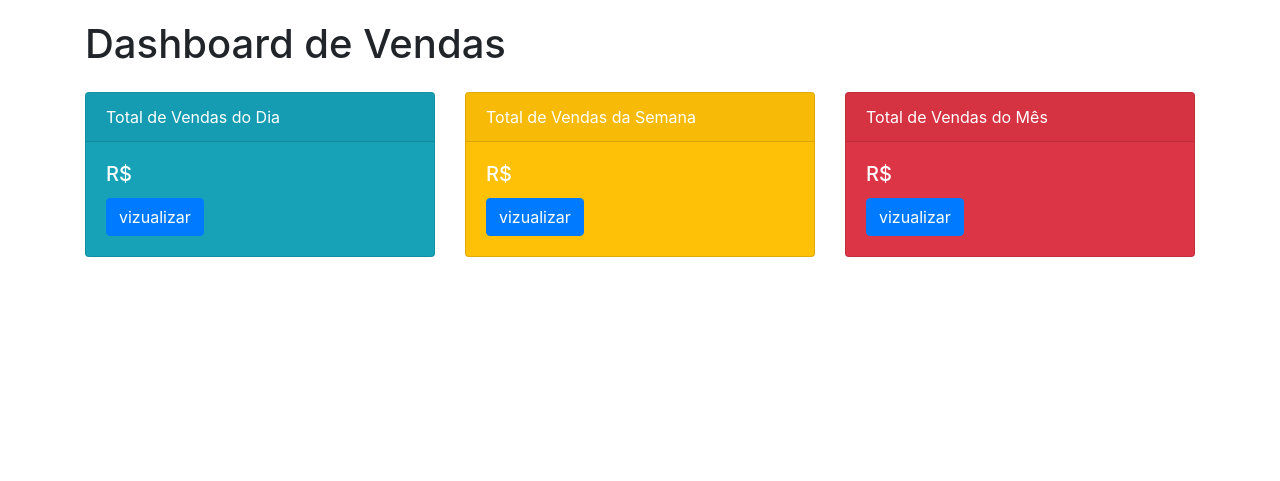
Repository: joaobatistafrontend/vendas_produto
Page: templates/dashboard.html
The author's editor kept a copy of each file at every save. The page is drawn from the files as they stood at one save, then again after the next save.
The browser window is 1280 px wide. The pictures show the whole page.
The template is drawn by Django 5.2. The application's start-up code is not run. The template is opened directly, without the code that normally fills it, so the values that code supplies are empty.

Above is the page before, as saved 2024-08-04 16:03:22.

After the next save:
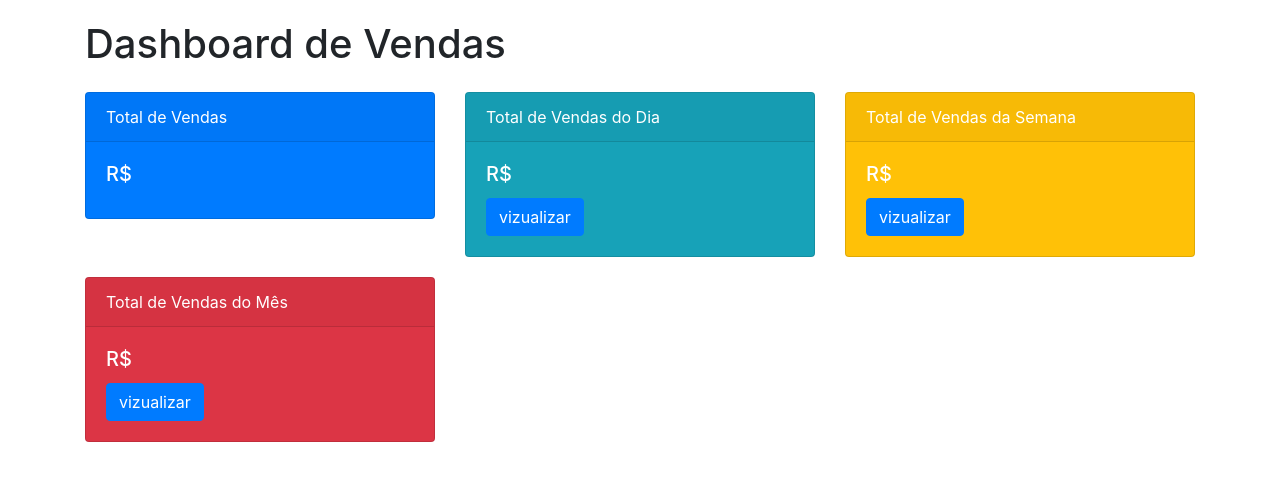
Saved 22 s later.
--- a/templates/dashboard.html
+++ b/templates/dashboard.html
@@ -19,14 +19,14 @@
         <h1 class="mb-4">Dashboard de Vendas</h1>
 
         <div class="row">
-            <!-- <div class="col-md-4">
+            <div class="col-md-4">
                 <div class="card text-white bg-primary">
                     <div class="card-header">Total de Vendas</div>
                     <div class="card-body">
                         <h5 class="card-title">R${{ total }}</h5>
                     </div>
                 </div>
-            </div> -->
+            </div>
 
             <div class="col-md-4">
                 <div class="card text-white bg-info">
